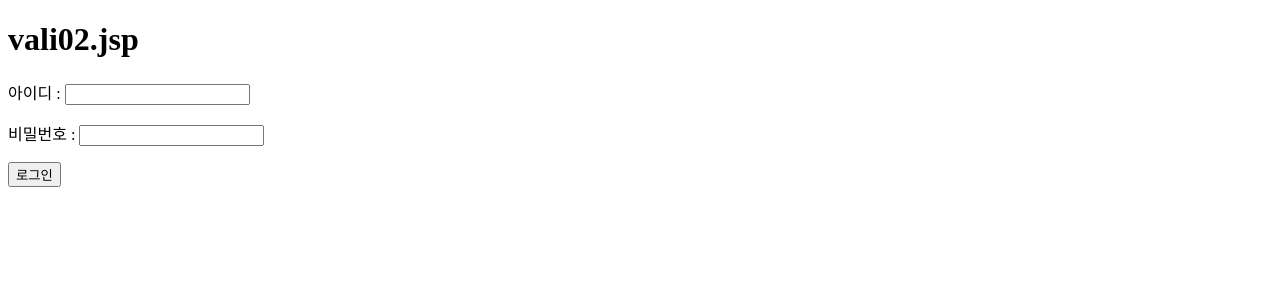
Repository: davisbyun/ai
Page: http://localhost/jspBook/ch08/vali02.jsp
These files come from the project's save history. The page is drawn as it stood at one moment and after the next save; the edit follows.
The browser window is 1280 px wide. The pictures show the whole page.
The page is served by Tomcat 9. Other server files are loaded and not shown.

Above is the page before, as saved 2024-01-23 02:46:04.

### jspBook/src/main/webapp/ch08/vali02.jsp
<%@ page language="java" contentType="text/html; charset=UTF-8"
    pageEncoding="UTF-8"%>
<!DOCTYPE html>
<html>
<head>
<meta charset="UTF-8">
<title>Insert title here</title>
</head>
<body>
<h1>vali02.jsp</h1>
  <form name="loginForm" action="proVali02.jsp" , method="post">
	<p> 아이디 : <input type="text" name="id">
	<p> 비밀번호 : <input type="password" name="pwd">
	<p> <input type="button" value="로그인" onclick="loginCheck()">
	</form>
  <script type="text/javascript">

	 function loginCheck() {
	  	var form = document.loginForm;
	  	if(form.id.value==""){
	  		alert("아이디를 입력해 주세요");
	  		form.id.focus();
	  		return false;
	  	}else if(form.pwd.value==""){
	  		alert("비밀번호를 입력해 주세요");
	  		form.pwd.focus();
	  		return false;
	  	}else if(form.id.value.length < 6 || form.id.value.length >12 ) {
	 		alert("이름의 길이는 6~12자 사이어야 합니다.");
	 		form.id.focus();
	  		return false;

	 	}else if(form.pwd.value.length < 4 ) {
	 	alert("비밀번호는 4글자 이상을 입력해 주세요");
  		form.pwd.focus();
  		return false;
	 	}

	 form.submit();
	 }

	</script>



</body>
</html>

After the next save:
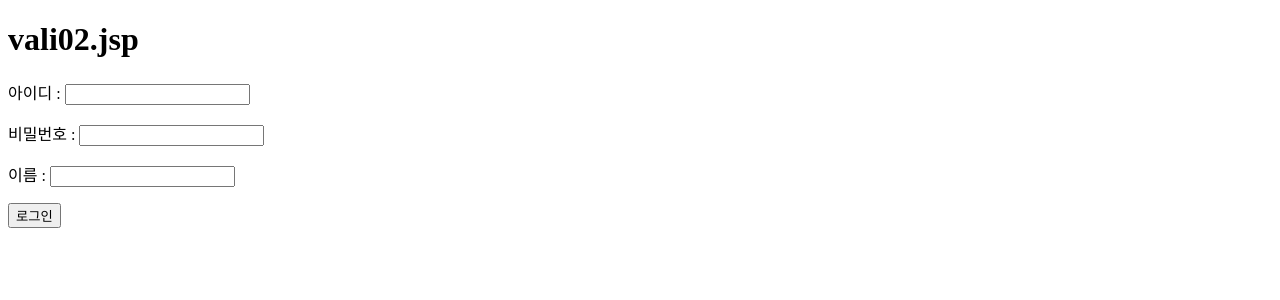
Saved 3 min 13 s later.
--- a/jspBook/src/main/webapp/ch08/vali02.jsp
+++ b/jspBook/src/main/webapp/ch08/vali02.jsp
@@ -11,6 +11,7 @@
   <form name="loginForm" action="proVali02.jsp" , method="post">
 	<p> 아이디 : <input type="text" name="id">
 	<p> 비밀번호 : <input type="password" name="pwd">
+	<p> 이름 : <input type="text" name="irum">
 	<p> <input type="button" value="로그인" onclick="loginCheck()">
 	</form>
   <script type="text/javascript">
